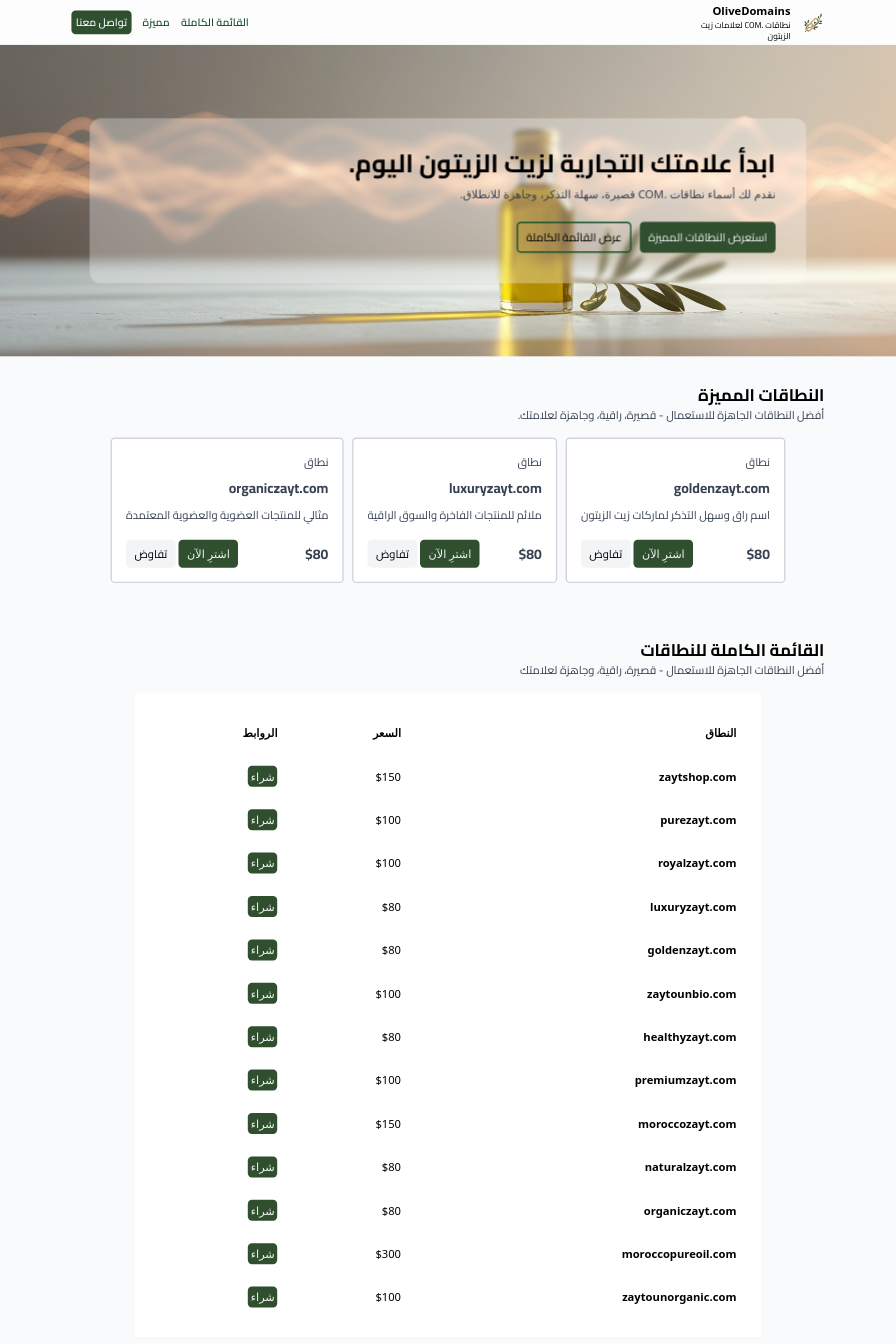
Repository: zakaria-bn05/Olive-oil-domaine-names-english-version
Page: index.html
The author's editor kept a copy of each file at every save. The page is drawn from the files as they stood at one save, then again after the next save.
The browser window is 1280 px wide. The pictures show the part of the page from y = 0 to 1920 px (the page is 2700 px tall), at 70% of full size.
Some web libraries are served in a nearby version.

Above is the page before, as saved 2025-11-19 00:53:00.

### index.html
<!DOCTYPE html>
<html lang="ar" dir="rtl">

<head>
    <meta charset="UTF-8">
    <meta name="viewport" content="width=device-width, initial-scale=1.0">
    <link rel="icon" type="image/x-icon" href="assets/logo.png">
    <script src="https://cdn.tailwindcss.com"></script>
    <link href="https://fonts.googleapis.com/css2?family=Cairo:wght@300;400;600;700;800&display=swap" rel="stylesheet">
    <title src="">بيع نطاقات زيت الزيتون .COM</title>
    <style>
        .font-cairo {
            font-family: 'Cairo', system-ui, -apple-system, 'Segoe UI', Roboto, sans-serif;
        }

        .nav-link {
            font-size: 0.95rem;
            font-weight: 600;
        }

        .nav-link:hover {
            opacity: 0.92;
        }

        .bg-olive-btn {
            background-color: #2f4f2f;
        }

        .bg-olive-btn:hover {
            filter: contrast(80%);
        }

        .header {
            height: 445px;
            background-image: url('assets/header-picture.jpg');
            background-size: cover;
            background-position: center;
        }

        .table-spaced {
            border-collapse: separate;
            border-spacing: 0 0.9rem;
        }

        .table-spaced th,
        .table-spaced td {
            background: white;
            padding: 0.75rem 1rem;
            border-radius: 8px;
        }

        .table-spaced thead th {
            background: transparent;
            font-weight: 700;
        }
    </style>
</head>

<body class="min-h-screen flex flex-col">
    <main class="font-Cairo w-full flex-1 flex flex-col bg-gray-50 text-gold-dark ">
        <nav
            class="sticky top-0 z-30 bg-white/60 backdrop-blur-sm flex w-full h-30 md:h-16 px-[4%] md:px-[8%] items-center justify-between md:gap-1">

            <div class="flex-1 flex items-center gap-[2%]">
                <img src="assets/logo.png" class=" w-8 cursor-pointer alt=" OliveDomains Logo">
                <div>
                    <p class="text-right font-bold">OliveDomains</p>
                    <p class="text-xs font-cairo w-40">نطاقات .COM لعلامات زيت الزيتون</p>
                </div>
            </div>
            <div class="flex items-center mt-28 md:m-0 gap-4">
                <a id="full-list" class="text-green-900 nav-link font-cairo w-12 cursor-pointer md:w-max ">القائمة
                    الكاملة</a>
                <a id="" class="special text-green-900 nav-link font-cairo cursor-pointer ">مميزة</a>
                <a id="contact"
                    class="bg-olive-btn rounded-md p-[4px] md:p-[6px] text-gray-100 nav-link font-cairo cursor-pointer md:w-max">تواصل
                    معنا</a>
            </div>
        </nav>
        <header class="header flex items-center justify-center z-10 relative ">
            <div class="bg-white rounded-2xl backdrop-blur-sm bg-opacity-30 w-4/5 p-11 flex flex-col gap-3 ">
                <h1 class="font-cairo text-4xl font-bold text-right "> ابدأ علامتك التجارية لزيت الزيتون اليوم.</h1>
                <p class="text-gray-700 text-right text-ms ">
                    نقدم لك أسماء نطاقات .COM قصيرة، سهلة التذكر، وجاهزة للانطلاق.
                </p>
                <div class="flex md:flex-row flex-col gap-3 mt-4 ">
                    <button class="special font-cairo bg-olive-btn px-3 py-2 text-gray-100 rounded-md">استعرض النطاقات
                        المميزة
                    </button>
                    <button id="full-list-2" class="font-cairo px-3 py-2 rounded-md border-2 border-green-900 ">عرض
                        القائمة
                        الكاملة
                    </button>
                </div>
            </div>
        </header>
        <article class="px-[8%] py-10">
            <h1 class="font-cairo text-2xl font-bold">النطاقات المميزة</h1>
            <p class="font-cairo text-xm text-gray-700 ">أفضل النطاقات الجاهزة للاستعمال - قصيرة، راقية، وجاهزة لعلامتك.
            </p>
            <div class="flex gap-3 flex-wrap justify-center">
                <div class="bg-white border-2 border-gray-300 rounded-md p-5 mt-5 w-100 flex flex-col gap-3 ">
                    <p class=" font-cairo text-xm text-gray-700 ">نطاق
                    </p>
                    <p class=" font-cairo text-xl text-gray-700 font-bold ">goldenzayt.com
                    </p>
                    <p class=" font-cairo text-xm text-gray-700 ">اسم راق وسهل التذكر لماركات زيت الزيتون
                    </p>
                    <div class="flex items-center mt-auto w-full justify-between">

                        <p class=" font-cairo text-xl text-gray-700 font-bold mt-3 ">$80</p>
                        <div class="justify-end">
                            <button class="selling bg-olive-btn px-3 py-2 text-gray-100 rounded-md mt-3">اشترِ الآن
                            </button>
                            <button class="negotiate font-cairo bg-olive-btn px-3 py-2 bg-gray-100 rounded-md mt-3">
                                تفاوض
                            </button>
                        </div>

                    </div>
                </div>
                <div class="bg-white border-2 border-gray-300 rounded-md p-5 w-100 mt-5 flex flex-col gap-3 ">
                    <p class=" font-cairo text-xm text-gray-700 ">نطاق
                    </p>
                    <p class=" font-cairo text-xl text-gray-700 font-bold ">luxuryzayt.com
                    </p>
                    <p class=" font-cairo text-xm text-gray-700 ">ملائم للمنتجات الفاخرة والسوق الراقية
                    </p>
                    <div class="flex items-center mt-auto w-full justify-between">

                        <p class=" font-cairo text-xl text-gray-700 font-bold mt-3 ">$80</p>
                        <div class="justify-end">
                            <button href="" class="selling bg-olive-btn px-3 py-2 text-gray-100 rounded-md mt-3">اشترِ
                                الآن
                            </button>
                            <button class="negotiate font-cairo bg-olive-btn px-3 py-2 bg-gray-100 rounded-md mt-3">
                                تفاوض
                            </button>
                        </div>
                    </div>
                </div>
                <div class="bg-white border-2 border-gray-300 rounded-md p-5 mt-5 w-100 flex flex-col gap-3 ">
                    <p class=" font-cairo text-xm text-gray-700 ">نطاق
                    </p>
                    <p class=" font-cairo text-xl text-gray-700 font-bold ">organiczayt.com
                    </p>
                    <p class=" font-cairo text-xm text-gray-700 ">مثالي للمنتجات العضوية والعضوية المعتمدة
                    </p>
                    <div class="flex items-center w-full justify-between">

                        <p class=" font-cairo text-xl text-gray-700 font-bold mt-3 ">$80</p>
                        <div class="justify-end mt-auto">
                            <button class="selling bg-olive-btn px-3 py-2 text-gray-100 rounded-md mt-3">اشترِ الآن
                            </button>
                            <button class="negotiate font-cairo bg-olive-btn px-3 py-2 bg-gray-100 rounded-md mt-3">
                                تفاوض
                            </button>
                        </div>

                    </div>
                </div>
        </article>
        <article class="px-[8%] py-10">
            <h1 class="font-cairo text-2xl font-bold"> القائمة الكاملة للنطاقات</h1>
            <p class="font-cairo text-xm text-gray-700 ">أفضل النطاقات الجاهزة للاستعمال - قصيرة، راقية، وجاهزة لعلامتك
            </p>
            <div class="flex justify-center w-full">
                <table class=" w-5/6 text-right mt-5 bg-white p-5 rounded-md table-spaced shadow-sm">
                    <tr class="border-b-2 p-5">
                        <th>النطاق</th>
                        <th>السعر</th>
                        <th>الروابط</th>
                    </tr>
                    <tr>
                        <td class="font-bold ">zaytshop.com</td>
                        <td>$150</td>
                        <td><a href="https://sedo.com/search/?member=c67aa84ed5e26d9853476fb49144413aa5dfed49"
                                class="hover:border-b-2 border-black bg-olive-btn text-gray-100 p-1 rounded-md">
                                شراء</a></td>
                    </tr>
                    <tr>
                        <td class="font-bold ">purezayt.com</td>
                        <td>$100</td>
                        <td><a href="https://sedo.com/search/?member=c67aa84ed5e26d9853476fb49144413aa5dfed49"
                                class="hover:border-b-2 border-black bg-olive-btn text-gray-100 p-1 rounded-md">
                                شراء</a></td>
                    </tr>
                    <tr>
                        <td class="font-bold ">royalzayt.com</td>
                        <td>$100</td>
                        <td><a href="https://sedo.com/search/?member=c67aa84ed5e26d9853476fb49144413aa5dfed49"
                                class="hover:border-b-2 border-black bg-olive-btn text-gray-100 p-1 rounded-md">
                                شراء</a></td>
                    </tr>
                    <tr>
                        <td class="font-bold ">luxuryzayt.com</td>
                        <td>$80</td>
                        <td><a href="https://sedo.com/search/?member=c67aa84ed5e26d9853476fb49144413aa5dfed49"
                                class="hover:border-b-2 border-black bg-olive-btn text-gray-100 p-1 rounded-md">
                                شراء</a></td>
                    </tr>
                    <tr>
                        <td class="font-bold ">goldenzayt.com</td>
                        <td>$80</td>
                        <td><a href="https://sedo.com/search/?member=c67aa84ed5e26d9853476fb49144413aa5dfed49"
                                class="hover:border-b-2 border-black bg-olive-btn text-gray-100 p-1 rounded-md">
                                شراء</a></td>
                    </tr>
                    <tr>
                        <td class="font-bold ">zaytounbio.com</td>
                        <td>$100</td>
                        <td><a href="https://sedo.com/search/?member=c67aa84ed5e26d9853476fb49144413aa5dfed49"
                                class="hover:border-b-2 border-black bg-olive-btn text-gray-100 p-1 rounded-md">
                                شراء</a></td>
                    </tr>

                    <tr>
                        <td class="font-bold ">healthyzayt.com</td>
                        <td>$80</td>
                        <td><a href="https://sedo.com/search/?member=c67aa84ed5e26d9853476fb49144413aa5dfed49"
                                class="hover:border-b-2 border-black bg-olive-btn text-gray-100 p-1 rounded-md">
                                شراء</a></td>
                    </tr>
                    <tr>
                        <td class="font-bold ">premiumzayt.com</td>
                        <td>$100</td>
                        <td><a href="https://sedo.com/search/?member=c67aa84ed5e26d9853476fb49144413aa5dfed49"
                                class="hover:border-b-2 border-black bg-olive-btn text-gray-100 p-1 rounded-md">
                                شراء</a></td>
                    </tr>
                    <tr>
                        <td class="font-bold ">moroccozayt.com</td>
                        <td>$150</td>
                        <td><a href="https://sedo.com/search/?member=c67aa84ed5e26d9853476fb49144413aa5dfed49"
                                class="hover:border-b-2 border-black bg-olive-btn text-gray-100 p-1 rounded-md">
                                شراء</a></td>
                    </tr>
                    <tr>
                        <td class="font-bold ">naturalzayt.com</td>
                        <td>$80</td>
                        <td><a href="https://sedo.com/search/?member=c67aa84ed5e26d9853476fb49144413aa5dfed49"
                                class="hover:border-b-2 border-black bg-olive-btn text-gray-100 p-1 rounded-md">
                                شراء</a></td>
                    </tr>

                    <tr>
                        <td class="font-bold ">organiczayt.com</td>
                        <td>$80</td>
                        <td><a href="https://sedo.com/search/?member=c67aa84ed5e26d9853476fb49144413aa5dfed49"
                                class="hover:border-b-2 border-black bg-olive-btn text-gray-100 p-1 rounded-md">
                                شراء</a></td>
                    </tr>
                    <tr>
                        <td class="font-bold ">moroccopureoil.com</td>
                        <td>$300</td>
                        <td><a href="https://sedo.com/search/?member=c67aa84ed5e26d9853476fb49144413aa5dfed49"
                                class="hover:border-b-2 border-black bg-olive-btn text-gray-100 p-1 rounded-md">
                                شراء</a></td>
                    </tr>
                    <tr>
                        <td class="font-bold ">zaytounorganic.com</td>
                        <td>$100</td>
                        <td><a href="https://sedo.com/search/?member=c67aa84ed5e26d9853476fb49144413aa5dfed49"
                                class="hover:border-b-2 border-black bg-olive-btn text-gray-100 p-1 rounded-md">
                                شراء</a></td>
                    </tr>
                </table>
            </div>

        </article>
        <article class="px-[8%] py-10">
            <h1 class="font-cairo text-2xl font-bold"> لماذا تختار نطاقاتنا؟ </h1>
            <div class="flex flex-wrap gap-4">
                <div class=" flex gap-5 mt-5 bg-white p-1 rounded-md shadow-sm ">
                    <img src=" assets/pro-logo.png" class="w-12 h-12 rounded-full" alt="">
                    <div>
                        <p class="font-bold">الاحترافية</p>
                        <p class="text-[15px]">نطاقات .COM فقط، ملائمة للسوق العالمية</p>
                    </div>
                </div>
                <div class="flex gap-5 mt-5 bg-white p-1 rounded-md shadow-sm ">
                    <img src="assets/easy-logo.png" class="w-12 h-12 rounded-full" alt="">
                    <div>
                        <p class="font-bold">السهولة</p>
                        <p class="text-[15px]"> أسماء قصيرة وواضحة تغني عن التعقيد</p>
                    </div>
                </div>
                <div class="flex gap-5 mt-5 bg-white p-1 rounded-md shadow-sm ">
                    <img src="assets/bonus-logo.png" class="w-12 h-12 rounded-full" alt="">
                    <div>
                        <p class="font-bold">هدية اضافية</p>
                        <p class="text-[15px]"> صفحة هبوط احترافية مجانا بعد شراء أي من مجالاتنا </p>
                    </div>
                </div>
            </div>

        </article>
        <article class="px-[8%] mt-10 bg-white">
            <hr>
            <div class="flex flex-wrap justify-between pt-10">
                <div class="flex flex-col gap-3">
                    <h1 class="font-cairo text-2xl font-bold "> تواصل معنا </h1>
                    <p class="font-cairo text-xm text-gray-700 m-none p-none ">
                        تواصل معنا عبر رسالة بالبريد الإلكتروني.
                        سنقوم بالرد خلال 24 ساعة.
                    </p>
                    <a href="">Gmail </a>
                    <a href="mailto:bouchmlaanas4@gmail.com">bouchmlaanas4@gmail.com</a>
                </div>
                <form class="flex flex-col gap-3 ml-10 w-[600px] rounded-md" action="https://formspree.io/f/xnnwjaby"
                    method="POST">
                    <input type="text" name="name"
                        class="w-4/5 font-cairo text-ms h-[50px] rounded-md  border-2 border-gray-200 p-3 "
                        placeholder="الاسم">
                    <input type="email" name="mail"
                        class="w-4/5 font-cairo text-ms p-3 h-[50px] rounded-md border-2 border-gray-200"
                        placeholder="البريد الالكتروني">
                    <textarea name="subject" cols="30"
                        class="w-4/5 font-cairo text-ms p-3 rounded-md border-2 border-gray-200"
                        placeholder="رسالتك "></textarea>
                    <div class="flex items-center gap-6">
                        <input type="submit" value="إرسال"
                            class="bg-olive-btn font-cairo px-3 py-2 text-gray-100 rounded-md mt-3 w-1/4 cursor-pointer">
                        <small class="text-gray-600">أو استخدم الايمايل للمحادثة البريدية</small>
                    </div>
                </form>
            </div>
            <br>
            <hr>
            <footer>
                <pre class="text-center text-xm font-cairo text-gray-700">سياسة الخصوصية · شروط الاستخدام
                The Website Developer :
                Zakariabenhachem05@gmail.com
            </pre>
            </footer>
        </article>


    </main>
    <script src="index.js"></script>
</body>

</html>

Loaded but not shown: index.js (58 lines, source omitted)

After the next save:
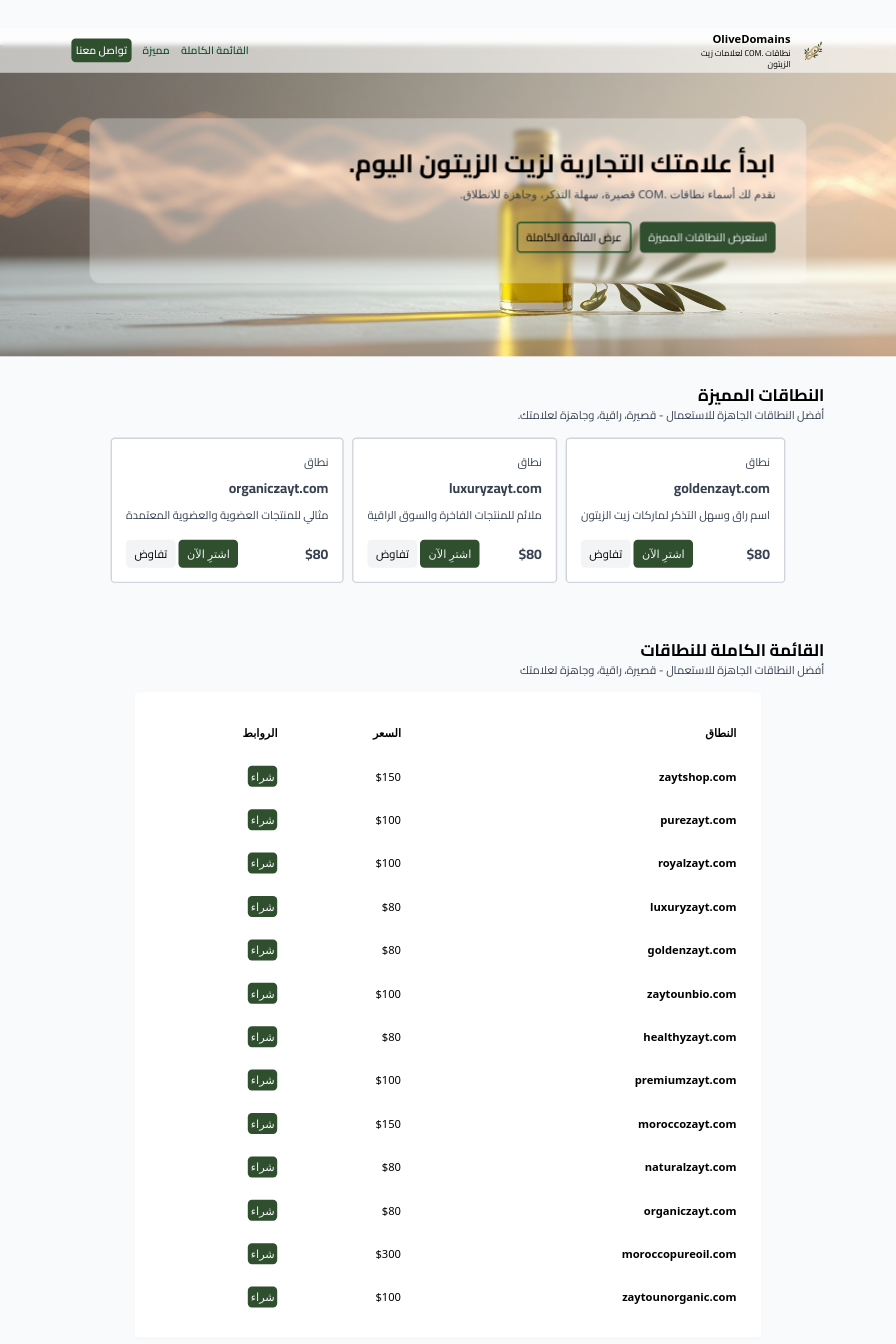
Saved 102 s later.
--- a/index.html
+++ b/index.html
@@ -59,7 +59,7 @@
 <body class="min-h-screen flex flex-col">
     <main class="font-Cairo w-full flex-1 flex flex-col bg-gray-50 text-gold-dark ">
         <nav
-            class="sticky top-0 z-30 bg-white/60 backdrop-blur-sm flex w-full h-30 md:h-16 px-[4%] md:px-[8%] items-center justify-between md:gap-1">
+            class="sticky top-10 z-30 bg-white/60 backdrop-blur-sm flex w-full h-30 md:h-16 px-[4%] md:px-[8%] items-center justify-between md:gap-1">
 
             <div class="flex-1 flex items-center gap-[2%]">
                 <img src="assets/logo.png" class=" w-8 cursor-pointer alt=" OliveDomains Logo">

After the save that followed:
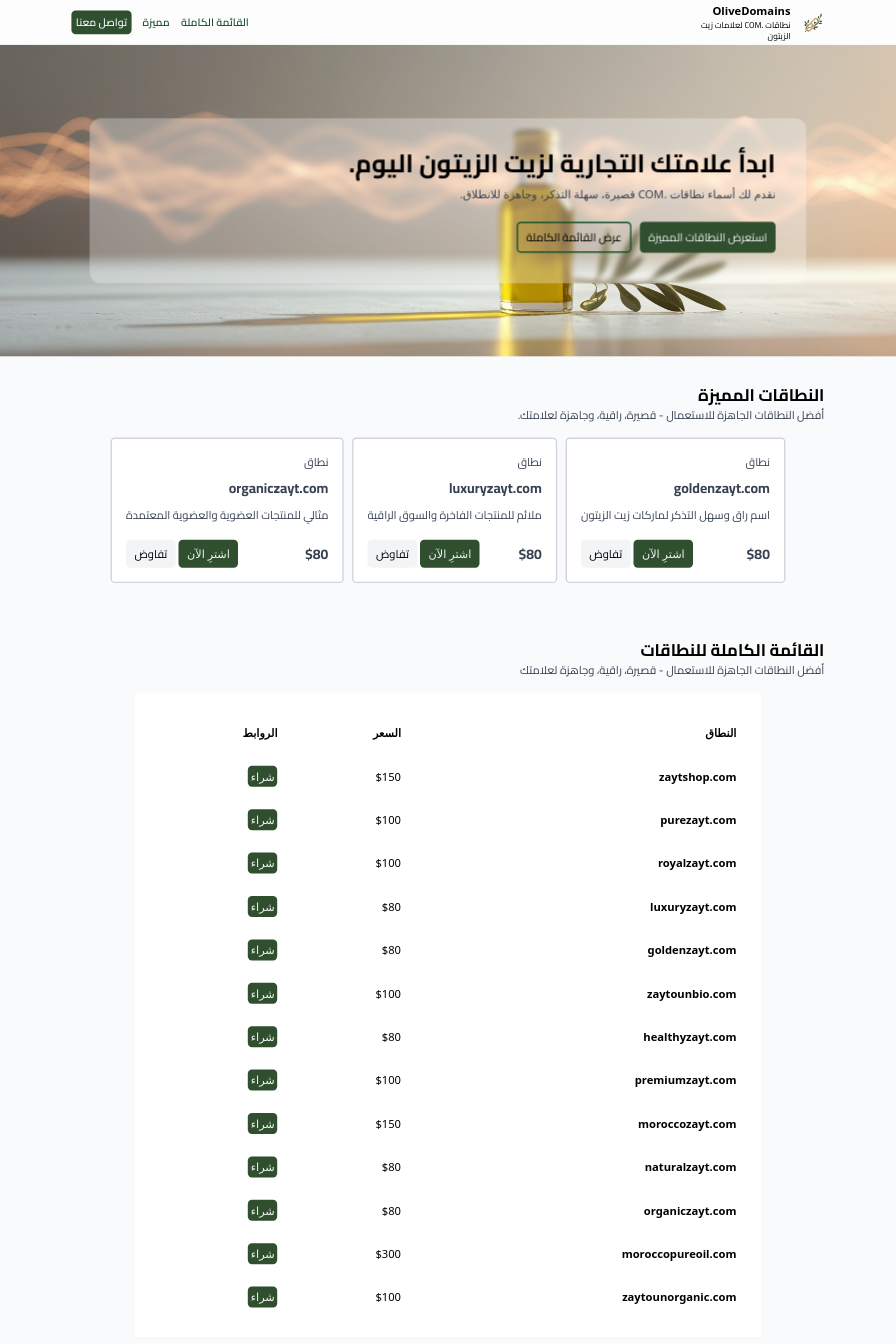
Saved 11 s later.
--- a/index.html
+++ b/index.html
@@ -59,7 +59,7 @@
 <body class="min-h-screen flex flex-col">
     <main class="font-Cairo w-full flex-1 flex flex-col bg-gray-50 text-gold-dark ">
         <nav
-            class="sticky top-10 z-30 bg-white/60 backdrop-blur-sm flex w-full h-30 md:h-16 px-[4%] md:px-[8%] items-center justify-between md:gap-1">
+            class="sticky top--10 z-30 bg-white/60 backdrop-blur-sm flex w-full h-30 md:h-16 px-[4%] md:px-[8%] items-center justify-between md:gap-1">
 
             <div class="flex-1 flex items-center gap-[2%]">
                 <img src="assets/logo.png" class=" w-8 cursor-pointer alt=" OliveDomains Logo">
